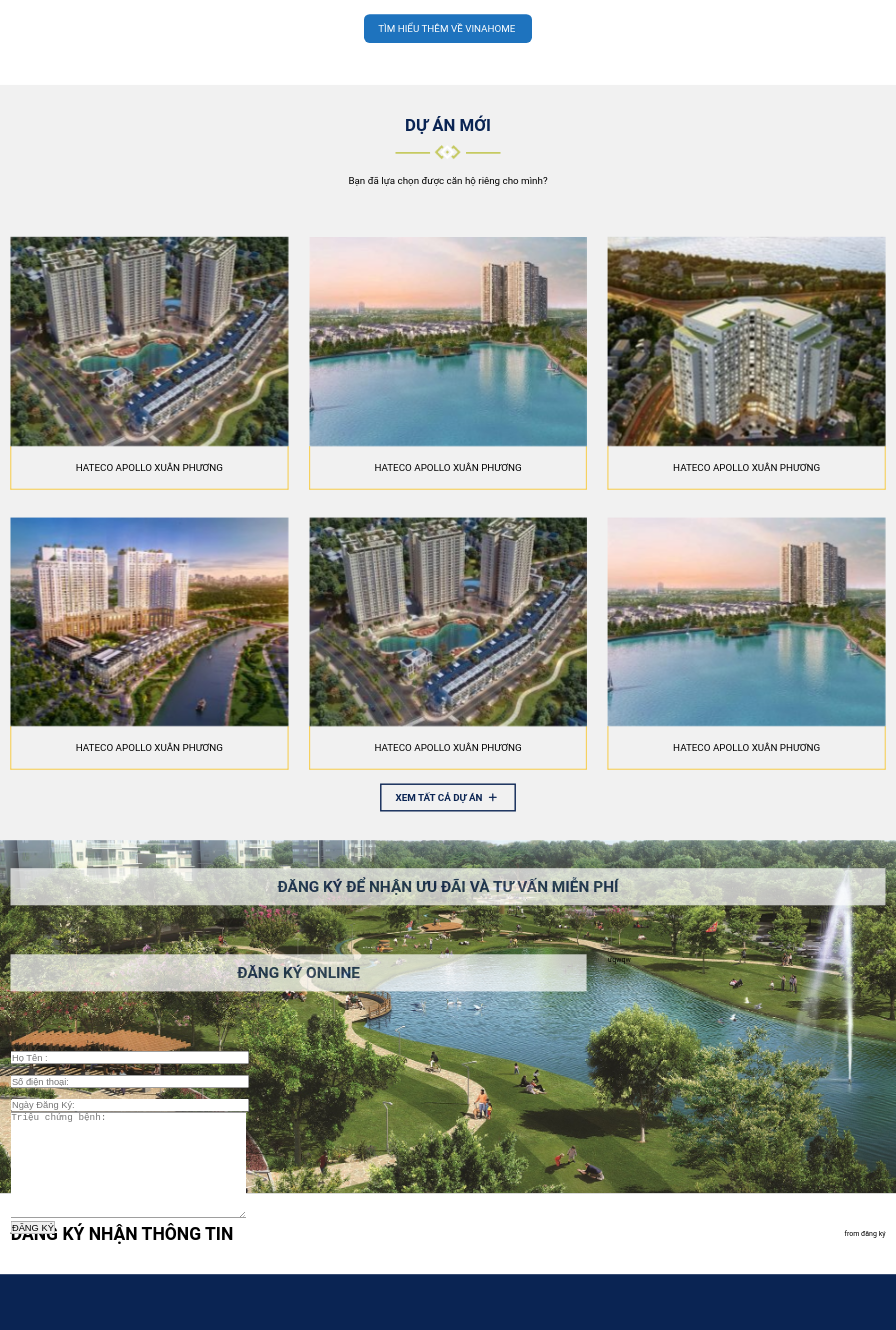
Repository: phamphuc2/fontend-bds
Page: index.html
An editor plug-in stored every save of this project. The page is shown before and after the next save, followed by the edit.
The browser window is 1280 px wide. The pictures show the part of the page from y = 1046 to 2946 px (the page is 3409 px tall), at 70% of full size.
A picture or video elsewhere on the page could not be fetched, so the positions and the page height are approximate. Backgrounds fixed to the window are drawn as part of the page. Some web libraries are served in a nearby version.

Above is the page before, as saved 2022-06-08 16:53:53.

After the next save:
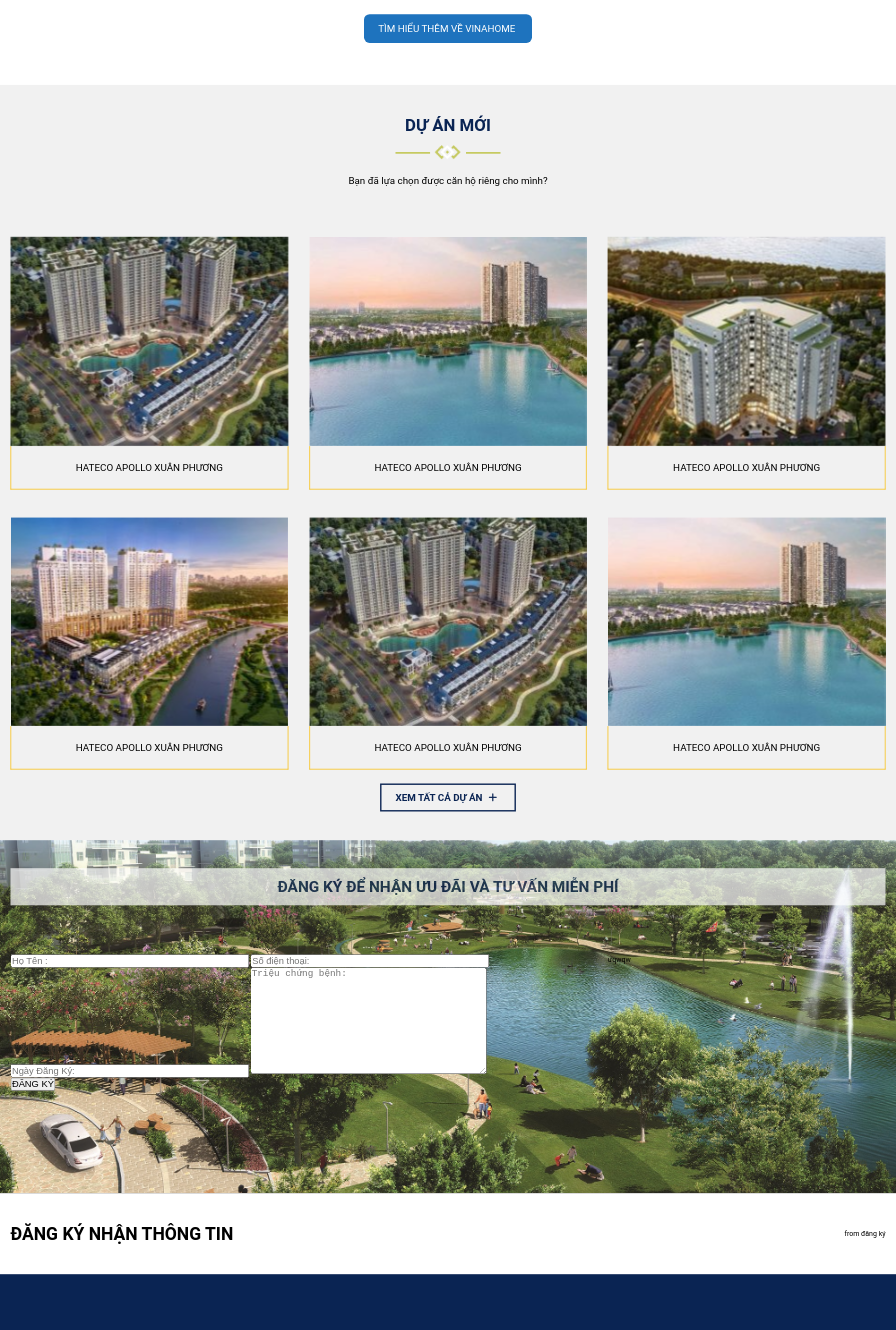
Saved 2 min 20 s later.
--- a/index.html
+++ b/index.html
@@ -301,40 +301,25 @@
 
                 </div>
                 <div class="col-lg-8">
-                    <div class="widget-form">
-                        <h2 class="title">ĐĂNG KÝ ONLINE</h2>
+                    <div class="\form-contact-home">
                         <div role="form" class="wpcf7" id="wpcf7-f80-o1" lang="en-US" dir="ltr">
                             <form action="" class="wpcf7-form init">
-                                <div class="form-group">
-                                    <i></i><br>
-                                    <span class="wpcf7-form-control-wrap your-name"><input type="text" name="your-name"
-                                            value="" size="40"
-                                            class="wpcf7-form-control wpcf7-text wpcf7-validates-as-required"
-                                            aria-required="true" aria-invalid="false" placeholder="Họ Tên :"></span>
-                                </div>
-                                <div class="form-group">
-                                    <i></i><br>
-                                    <span class="wpcf7-form-control-wrap your-name"><input type="text" name="your-name"
-                                            value="" size="40"
-                                            class="wpcf7-form-control wpcf7-text wpcf7-validates-as-required"
-                                            aria-required="true" aria-invalid="false"
-                                            placeholder="Số điện thoại:"></span>
-                                </div>
-                                <div class="form-group">
-                                    <i></i><br>
-                                    <span class="wpcf7-form-control-wrap your-name"><input type="text" name="your-name"
-                                            value="" size="40"
-                                            class="wpcf7-form-control wpcf7-text wpcf7-validates-as-required"
-                                            aria-required="true" aria-invalid="false"
-                                            placeholder="Ngày Đăng Ký:"></span>
-                                </div>
-                                <div class="form-group">
-                                    <span class="wpcf7-form-control-wrap your-title"><textarea name="your-title"
-                                            cols="40" rows="10"
-                                            class="wpcf7-form-control wpcf7-textarea wpcf7-validates-as-required"
-                                            aria-required="true" aria-invalid="false"
-                                            placeholder="Triệu chứng bệnh:"></textarea></span>
-                                </div>
+                                <span class="wpcf7-form-control-wrap your-name"><input type="text" name="your-name"
+                                        value="" size="40"
+                                        class="wpcf7-form-control wpcf7-text wpcf7-validates-as-required"
+                                        aria-required="true" aria-invalid="false" placeholder="Họ Tên :"></span>
+                                <span class="wpcf7-form-control-wrap your-name"><input type="text" name="your-name"
+                                        value="" size="40"
+                                        class="wpcf7-form-control wpcf7-text wpcf7-validates-as-required"
+                                        aria-required="true" aria-invalid="false" placeholder="Số điện thoại:"></span>
+                                <span class="wpcf7-form-control-wrap your-name"><input type="text" name="your-name"
+                                        value="" size="40"
+                                        class="wpcf7-form-control wpcf7-text wpcf7-validates-as-required"
+                                        aria-required="true" aria-invalid="false" placeholder="Ngày Đăng Ký:"></span>
+                                <span class="wpcf7-form-control-wrap your-title"><textarea name="your-title" cols="40"
+                                        rows="10" class="wpcf7-form-control wpcf7-textarea wpcf7-validates-as-required"
+                                        aria-required="true" aria-invalid="false"
+                                        placeholder="Triệu chứng bệnh:"></textarea></span>
                                 <div class="btn-submit">
                                     <input type="submit" value="ĐĂNG KÝ"
                                         class="wpcf7-form-control has-spinner wpcf7-submit"><span
